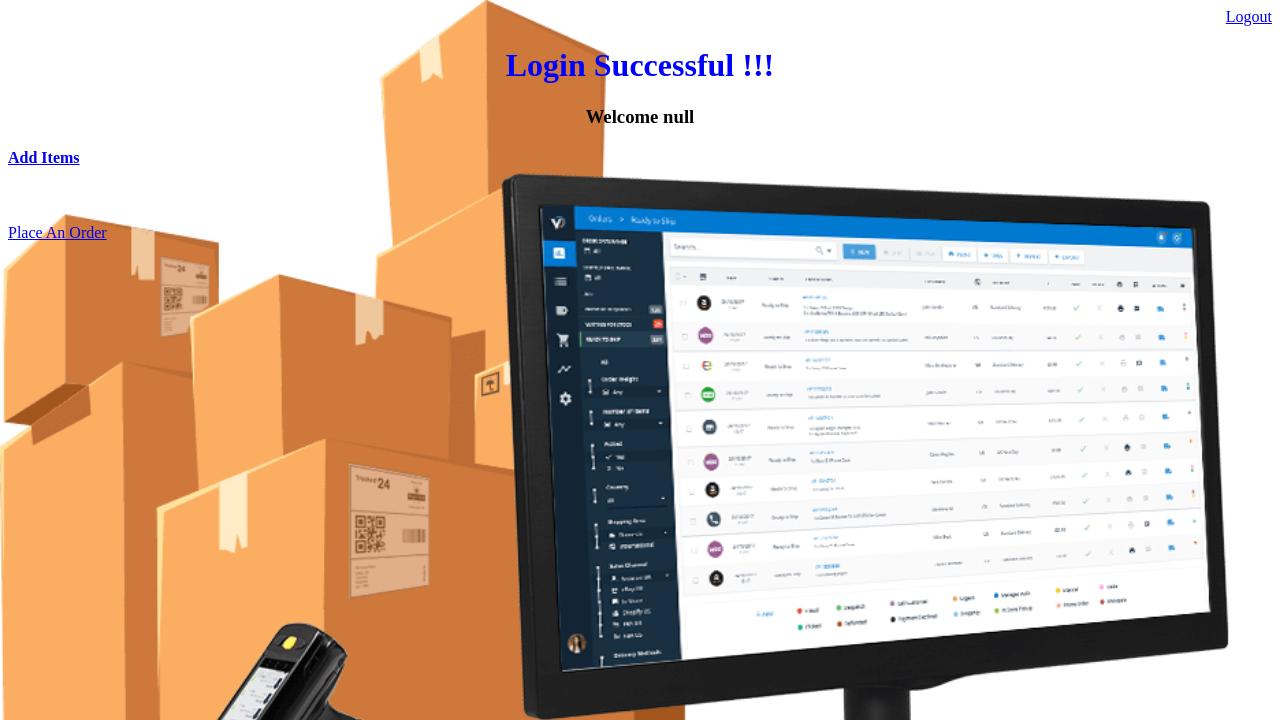
Repository: nirmaniPathiranage/CSSE-Procurement-Management
Page: http://localhost/Item_Management/Home.jsp
The author's editor kept a copy of each file at every save. The page is drawn from the files as they stood at one save, then again after the next save.
The browser window is 1280 px wide. The pictures show the whole page.
The page is served by Tomcat 9.

Above is the page before, as saved 2019-09-30 07:50:20.

After the next save:
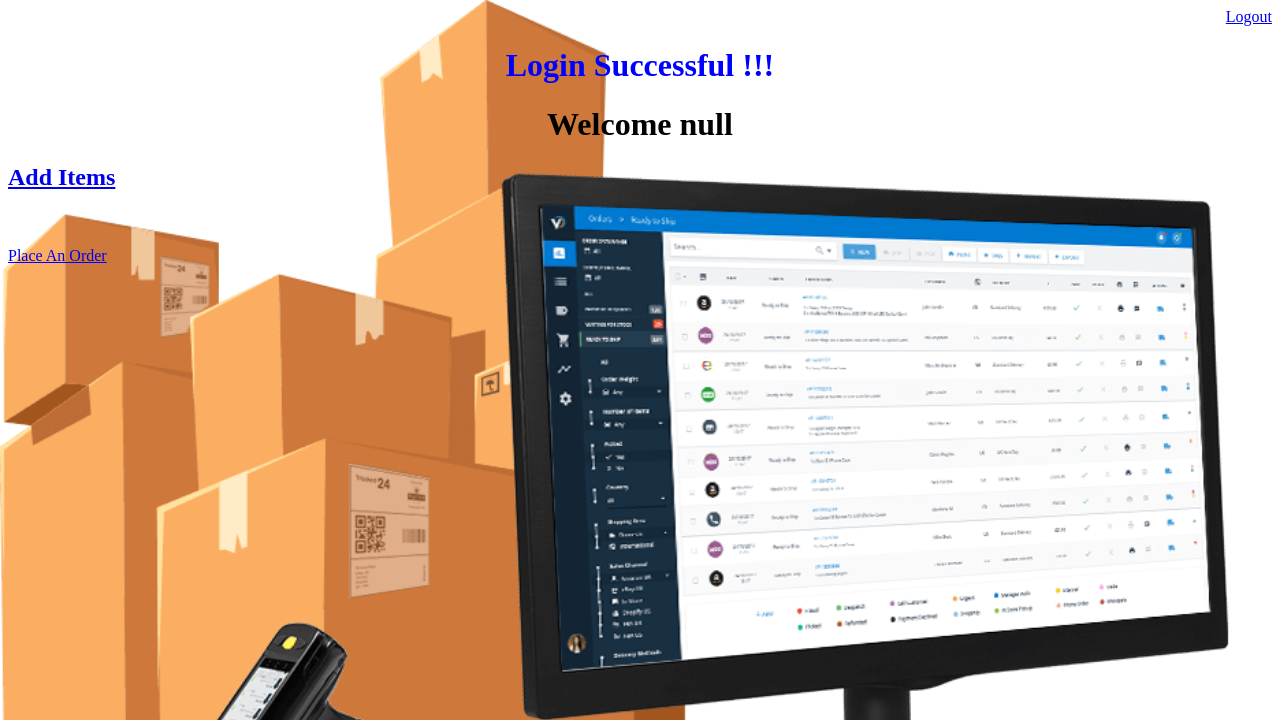
Saved 31 s later.
--- a/Item_Management/WebContent/Home.jsp
+++ b/Item_Management/WebContent/Home.jsp
@@ -23,12 +23,12 @@ body{
 		</h1>
 	</center>
 	<center>
-		<h3>
+		<h1>
 			Welcome
 			<%=session.getAttribute("userName")%>
-		</h3>
+		</h1>
 		</center>
-<a href = "AddItem.jsp"><h4>Add Items</h4></a><br><br>
+<a href = "AddItem.jsp"><h2>Add Items</h2></a><br><br>
 <a href = "PlaceOrder.jsp">Place An Order</a>
 <br><br><br><br><br><br>
 </body>
